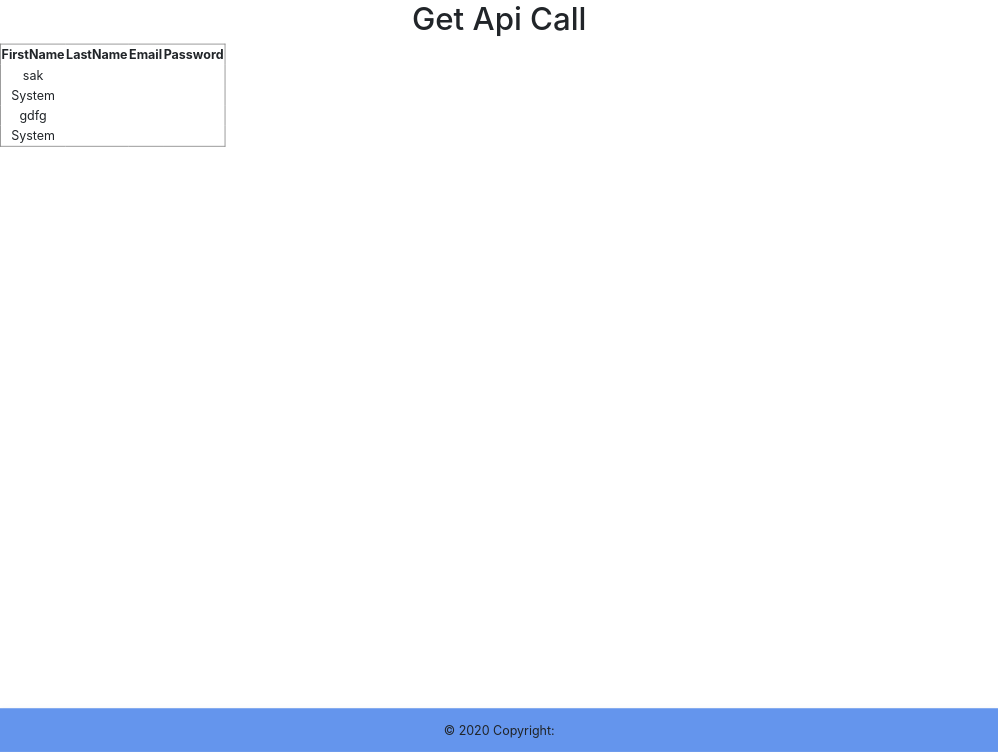
Repository: Sakshamccna/React
Page: /
The author's editor kept a copy of each file at every save. The page is drawn from the files as they stood at one save, then again after a run of saves.
The browser window is 1280 px wide. The pictures show the whole page, at 78% of full size.
The page's requests for data from a server got no answer. The project was rebuilt for these pictures with package versions that can differ from the ones it lists, and the page was loaded fresh each time. No one was signed in, and anything a server would have sent is missing.

Above is the page before, as saved 2022-12-27 12:01:21.

### public/index.html
<!DOCTYPE html>
<html lang="en">

<head>
  <meta charset="utf-8" />
  <link rel="icon" href="%PUBLIC_URL%/favicon.ico" />
  <meta name="viewport" content="width=device-width, initial-scale=1" />
  <meta name="theme-color" content="#000000" />
  <meta name="description" content="Web site created using create-react-app" />
  <link rel="apple-touch-icon" href="%PUBLIC_URL%/logo192.png" />
  <!--
      manifest.json provides metadata used when your web app is installed on a
      user's mobile device or desktop. See https://developers.google.com/web/fundamentals/web-app-manifest/
    -->
  <link rel="manifest" href="%PUBLIC_URL%/manifest.json" />
  <link href="https://cdn.jsdelivr.net/npm/bootstrap@5.2.3/dist/css/bootstrap.min.css" rel="stylesheet"
    integrity="sha384-rbsA2VBKQhggwzxH7pPCaAqO46MgnOM80zW1RWuH61DGLwZJEdK2Kadq2F9CUG65" crossorigin="anonymous">
  <!--
      Notice the use of %PUBLIC_URL% in the tags above.
      It will be replaced with the URL of the `public` folder during the build.
      Only files inside the `public` folder can be referenced from the HTML.

      Unlike "/favicon.ico" or "favicon.ico", "%PUBLIC_URL%/favicon.ico" will
      work correctly both with client-side routing and a non-root public URL.
      Learn how to configure a non-root public URL by running `npm run build`.
    -->
  <title>React App</title>
</head>

<body>
  <noscript>You need to enable JavaScript to run this app.</noscript>
  <div id="root"></div>
  <!--
      This HTML file is a template.
      If you open it directly in the browser, you will see an empty page.

      You can add webfonts, meta tags, or analytics to this file.
      The build step will place the bundled scripts into the <body> tag.

      To begin the development, run `npm start` or `yarn start`.
      To create a production bundle, use `npm run build` or `yarn build`.
    -->
</body>
<script src="https://cdn.jsdelivr.net/npm/bootstrap@5.2.3/dist/js/bootstrap.bundle.min.js"
  integrity="sha384-kenU1KFdBIe4zVF0s0G1M5b4hcpxyD9F7jL+jjXkk+Q2h455rYXK/7HAuoJl+0I4" crossorigin="anonymous"></script>

</html>

### src/App.tsx
import React from 'react';
import logo from './logo.svg';
import './App.css';
import { BrowserRouter, Routes, Route } from 'react-router-dom';
import Headers from './Components/Headers';

import Footers from './Components/Footers';
import Sidebar from './Components/Sidebar';
import Home from './Components/Home';
import About from './Components/About';
import SignUp from './Components/SignUp';
import Loginheader from './Components/Loginheader';
import Login from './Components/Login';
import Getapi from './Components/Getapi';

function App() {
  return (
    <div className="App">
      <BrowserRouter>

        <Routes>

          {/* <Route path="/" element={<Loginheader />} >
            <Route path="SignUp" element={<SignUp />} />
            <Route path="/" element={<Login />} />
            <Route path="Login" element={<Login />} />
          </Route>




          <Route path="Sidebar" element={<Sidebar />} >

            <Route path="Home" element={<Home />} />
            <Route path="About" element={<About />} />

          </Route> */}
          <Route path="/" element={<Getapi />} />






        </Routes>

      </BrowserRouter>
      <Footers />



    </div >
  );
}

export default App;

### src/Components/Footers.tsx
import React from 'react'
import "./footer.css"

function Footers() {
    return (
        <footer className="footer ">


            <div className="footer-copyright text-center py-3">© 2020 Copyright:

            </div>



        </footer>
    )
}

export default Footers

### src/Components/Getapi.tsx
import React, { useEffect, useState } from 'react'
import { Outlet, UNSAFE_DataRouterStateContext } from 'react-router-dom';
import { isTemplateExpression } from 'typescript';

const Getapi = () => {
    const [data, setData] = useState<any>([{ "firstName": "sak", "lastName": "sham", "email": "Asdf@gmail.com", "password": null }, { "firstName": "System", "lastName": "Admin", "email": "admin@admin.com", "password": null }, { "firstName": "gdfg", "lastName": "fghdf", "email": "saksham@gmail.com", "password": null }, { "firstName": "System", "lastName": "User", "email": "user@user.com", "password": null }])


    useEffect(() => {
        var requestOptions: any = {
            method: 'GET',
            redirect: 'follow'
        };

        fetch("https://localhost:7004/Account/GetUsers", requestOptions)
            .then(response => response.text())
            .then((result: any) => {
                debugger
                console.log(result)
                //  setData();
                //   let data = [{ "firstName": "sak", "lastName": "sham", "email": "Asdf@gmail.com", "password": null }, { "firstName": "System", "lastName": "Admin", "email": "admin@admin.com", "password": null }, { "firstName": "gdfg", "lastName": "fghdf", "email": "saksham@gmail.com", "password": null }, { "firstName": "System", "lastName": "User", "email": "user@user.com", "password": null }];
                debugger
            })
            .catch(error => console.log('error', error));
    }, [])
    const getData = async () => {

    }
    // console.warn(data);
    return (
        <>
            {/* {
                data?.map((x: any) => { x.firstName })} */}
            <h1> Get Api Call</h1>
            <table border={1}>
                <tbody>

                    <tr>
                        <th>FirstName</th>
                        <th>LastName</th>
                        <th>Email</th>
                        <th>Password</th>
                    </tr>
                    {

                        data.length > 0 ? data.map((item: any, index: number) =>

                            <tr key={index}>

                                <td>{item.firstName}</td>
                                {/* <td>{item.lastName}</td>
                                <td>{item.email}</td>
                                <td>{item.password}</td> */}
                            </tr>

                        ) : ''
                    }

                </tbody>




            </table>
            <Outlet />
        </>
    )
}

export default Getapi

### src/Components/footer.css
.footer {
    margin-top: 100vh;
    box-shadow: 0 2px 5px 0 rgb(0 0 0 / 5%), 0 2px 10px 0 rgb(0 0 0 / 5%);
    background-color: #6495ED;
}

Loaded but not shown: src/index.tsx (common file); src/index.css (common file); src/reportWebVitals.ts (common file); src/App.css (common file)

After the next 3 saves:
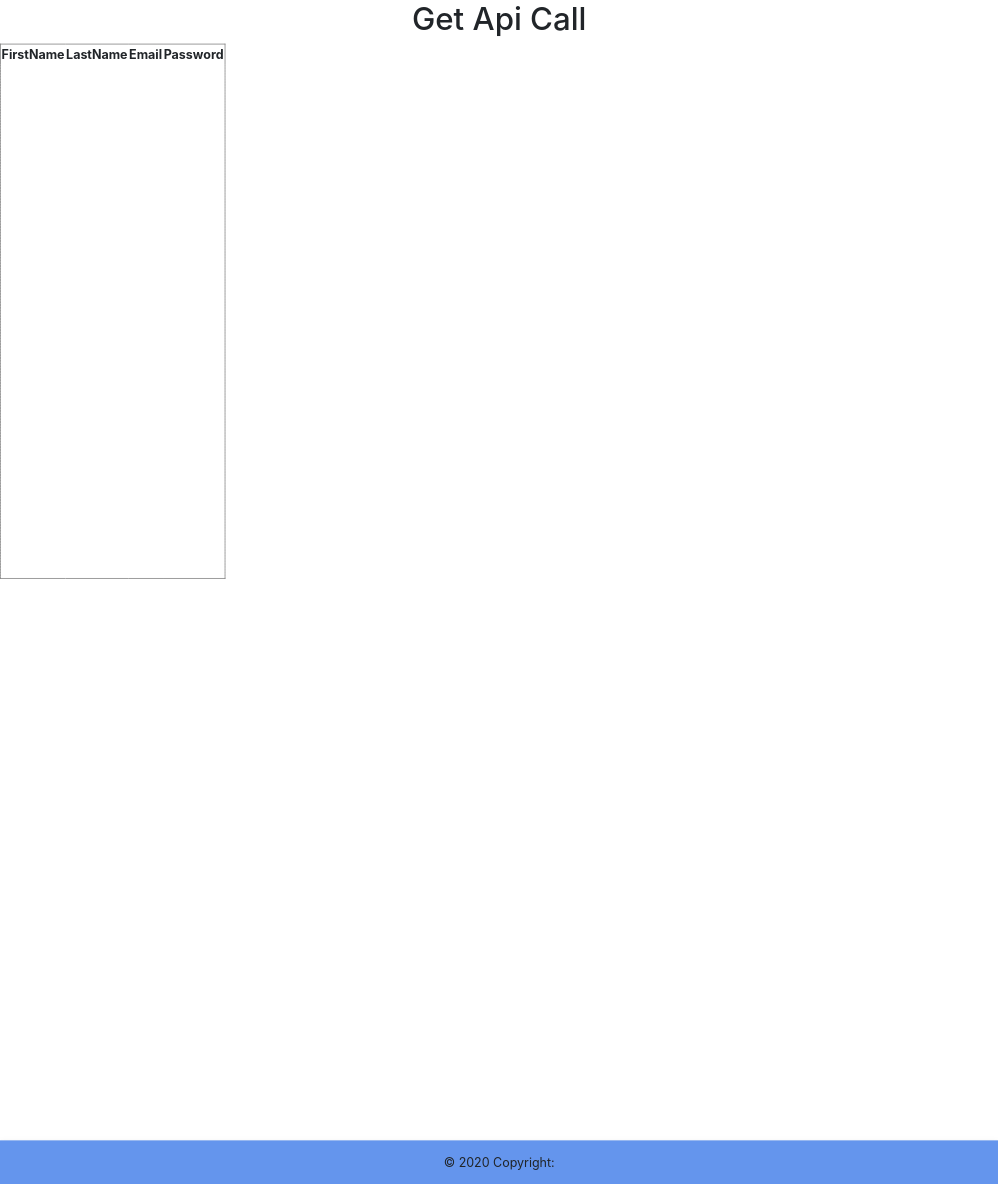
The 3 saves are shown as one change because 2 did not build or start.
The last was saved 3 min 13 s later.
--- a/src/Components/Getapi.tsx
+++ b/src/Components/Getapi.tsx
@@ -3,7 +3,7 @@ import { Outlet, UNSAFE_DataRouterStateContext } from 'react-router-dom';
 import { isTemplateExpression } from 'typescript';
 
 const Getapi = () => {
-    const [data, setData] = useState<any>([{ "firstName": "sak", "lastName": "sham", "email": "Asdf@gmail.com", "password": null }, { "firstName": "System", "lastName": "Admin", "email": "admin@admin.com", "password": null }, { "firstName": "gdfg", "lastName": "fghdf", "email": "saksham@gmail.com", "password": null }, { "firstName": "System", "lastName": "User", "email": "user@user.com", "password": null }])
+    const [data, setData] = useState<any>('[{"firstName":"sak","lastName":"sham","email":"Asdf@gmail.com","password":null},{"firstName":"System","lastName":"Admin","email":"admin@admin.com","password":null},{"firstName":"gdfg","lastName":"fghdf","email":"saksham@gmail.com","password":null},{"firstName":"System","lastName":"User","email":"user@user.com","password":null}]')
 
 
     useEffect(() => {
@@ -43,7 +43,7 @@ const Getapi = () => {
                     </tr>
                     {
 
-                        data.length > 0 ? data.map((item: any, index: number) =>
+                        Array.from(data).map((item: any, index: number) =>
 
                             <tr key={index}>
 
@@ -53,7 +53,7 @@ const Getapi = () => {
                                 <td>{item.password}</td> */}
                             </tr>
 
-                        ) : ''
+                        )
                     }
 
                 </tbody>
